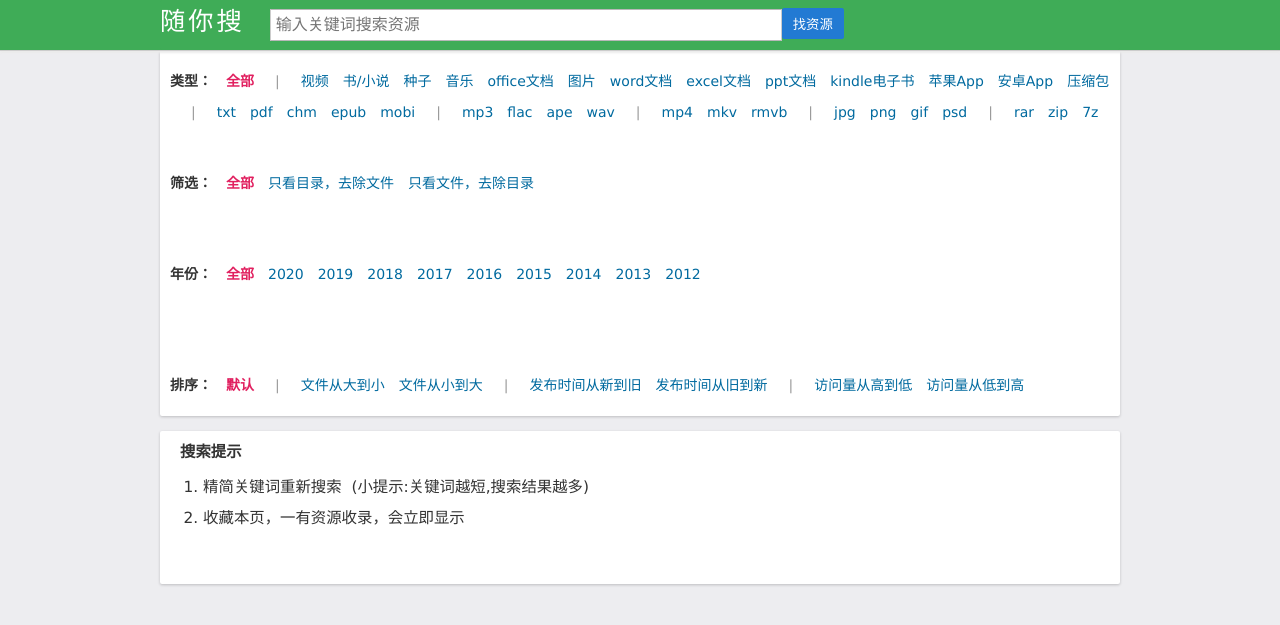
Repository: youngsailsail/nodeStudy
Page: / (app in 爬虫/前端vue/search-book/)
An editor plug-in stored every save of this project. The page is shown before and after the next save, followed by the edit.
The browser window is 1280 px wide. The pictures show the whole page.
The project was rebuilt for these pictures with package versions that can differ from the ones it lists, and the page was loaded fresh each time. Also part of the build but not shown: 爬虫/前端vue/search-book/vue.config.js.

Above is the page before, as saved 2020-05-09 22:27:00.

After the next save:
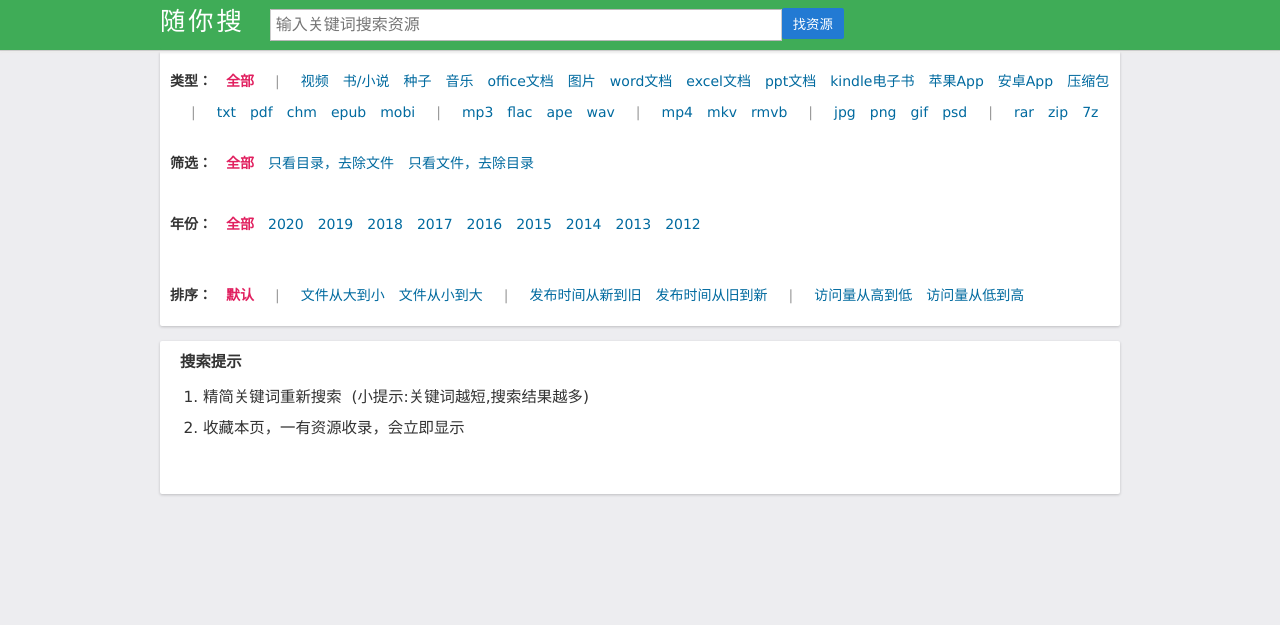
Saved 102 s later.
--- a/爬虫/前端vue/search-book/src/assets/css/app.css
+++ b/爬虫/前端vue/search-book/src/assets/css/app.css
@@ -34,7 +34,7 @@
     margin-top: 15px
 }
 
-.sep2 {
+.sep.sep2 {
     margin-top: 20px
 }
 
@@ -42,15 +42,15 @@
     margin-top: 25px
 }
 
-.sep3 {
+.sep.sep3 {
     margin-top: 30px
 }
 
-.sep4 {
+.sep.sep4 {
     margin-top: 40px
 }
 
-.sep5 {
+.sep.sep5 {
     margin-top: 50px
 }
 
